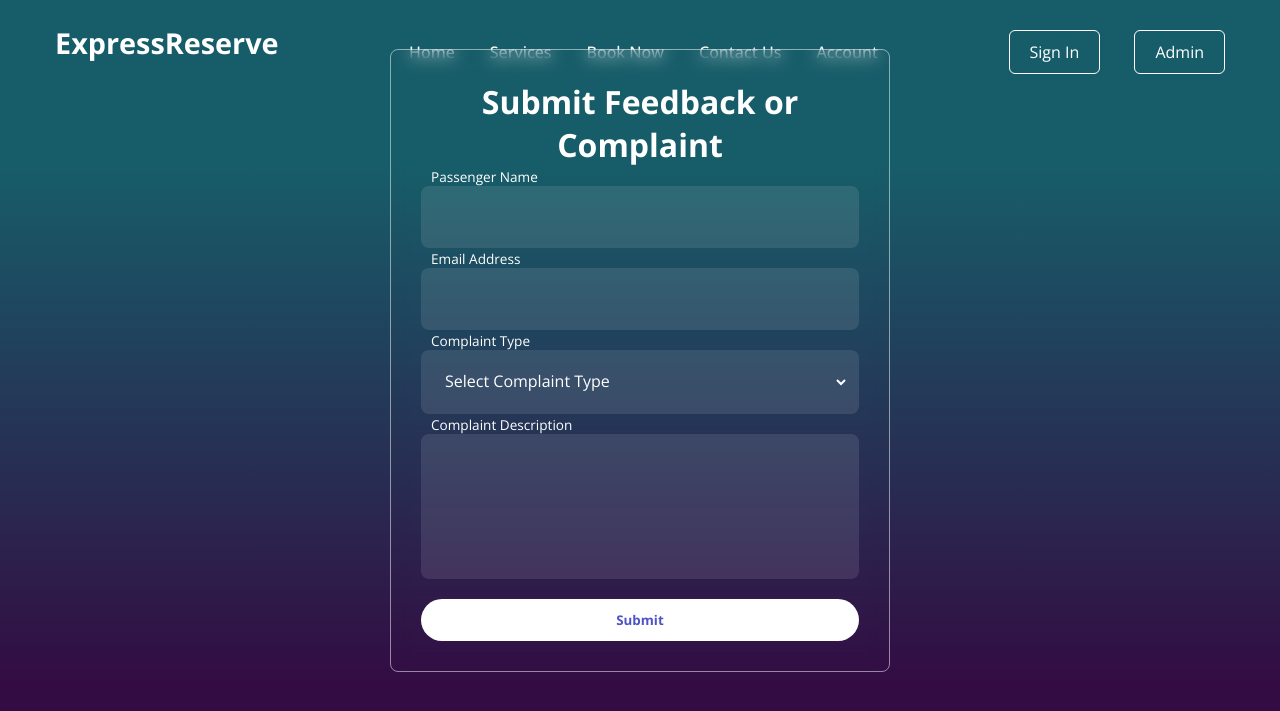
Repository: AmodhyaSharinda/Train-Reservation-system
Page: http://localhost/Train_reserve/ContactUs.jsp
An editor plug-in stored every save of this project. The page is shown before and after the next save, followed by the edit.
The browser window is 1280 px wide. The pictures show the whole page.
The page is served by Tomcat 9. Other server files are loaded and not shown.

Above is the page before, as saved 2024-10-08 08:15:05.

### Train reserve/src/main/webapp/ContactUs.jsp
<!DOCTYPE html>
<html lang="en">
<head>
    <meta charset="UTF-8">
    <meta name="viewport" content="width=device-width, initial-scale=1.0">
    <title>Feedback - Online Train Reservation System</title>
    <link rel="stylesheet" href="home.css">
    <style>
        /* Existing styles retained */
        @import url("https://fonts.googleapis.com/css2?family=Open+Sans:wght@300;400;500;600;700&display=swap");

        * {
		  margin: 0;
		  padding: 0;
		  box-sizing: border-box;
		  font-family: "Open Sans", sans-serif;
		}

        body {
            display: flex;
            align-items: center;
            justify-content: center;
            min-height: 100vh;
            width: 100%;
            padding: 0 10px;
  			background: linear-gradient(to bottom, #175d69 23%, #330c43 95%);
            position: relative;
        }

        .wrapper {
            width: 500px;
            border-radius: 8px;
            padding: 30px;
            text-align: center;
            border: 1px solid rgba(255, 255, 255, 0.5);
            backdrop-filter: blur(8px);
            -webkit-backdrop-filter: blur(8px);
        }

        h2 {
            font-size: 2rem;
            margin-bottom: 20px;
            color: #fff;
        }

        /* General styles */
.input-field {
    position: relative;
    margin: 20px 0;
    padding: 10px;
    background: rgba(255, 255, 255, 0.1);
    border-radius: 8px;
    transition: background 0.3s ease;
}

.input-field label {
    position: absolute;
    top: 50%;
    left: 10px;
    transform: translateY(-50%);
    color: rgba(255, 255, 255, 0.7);
    font-size: 16px;
    pointer-events: none;
    transition: 0.2s ease;
}

/* Style adjustments for the input, textarea, and select */
.input-field input,
.input-field textarea,
.input-field select {
    width: 100%;
    background: transparent;
    border: none;
    outline: none;
    font-size: 16px;
    padding: 10px;
    color: #fff;
}

/* Textarea specific styles */
.input-field textarea {
    height: 120px;
    resize: none;
}

/* Focus styles */
.input-field input:focus,
.input-field textarea:focus,
.input-field select:focus {
    background: rgba(255, 255, 255, 0.3);
    box-shadow: 0 0 5px rgba(255, 255, 255, 0.5);
}

/* Styles to keep label elevated */
.input-field input:focus ~ label,
.input-field input:valid ~ label,
.input-field textarea:focus ~ label,
.input-field textarea:valid ~ label,
.input-field select:focus ~ label,
.input-field select:valid ~ label,
.input-field input:not(:placeholder-shown) ~ label,
.input-field textarea:not(:placeholder-shown) ~ label,
.input-field select:not(:placeholder-shown) ~ label {
    top: -10px;
    font-size: 0.85rem;
    color: #fff;
}

.input-field select option {
    background: rgba(0, 0, 0, 0.9); /* Darker background for options */
    color: #fff; /* Text color for options */
}

/* Button styles */
button {
    width: 100%;
    padding: 12px;
    background-color: #fff;
    color: #4e54c8;
    font-weight: bold;
    border: none;
    border-radius: 30px;
    cursor: pointer;
    transition: background 0.3s ease;
}

button:hover {
    background-color: #8f94fb;
    color: #fff;
    box-shadow: 0 4px 20px rgba(143, 148, 251, 0.5);
}



    </style>
</head>
<body>
    <!-- Header section with navigation -->
    <header class="header">
        <nav class="navbar">
            <h2 class="logo"><a href="#">ExpressReserve</a></h2>
            <input type="checkbox" id="menu-toggle" />
            <label for="menu-toggle" id="hamburger-btn">
                <svg xmlns="http://www.w3.org/2000/svg" height="24" viewBox="0 0 24 24" width="24">
                    <path d="M3 12h18M3 6h18M3 18h18" stroke="currentColor" stroke-width="2" stroke-linecap="round"/>
                </svg>
            </label>
            <ul class="links">
                <li><a href="home.jsp">Home</a></li>
                <li><a href="#">Services</a></li>
                <li><a href="#">Book Now</a></li>
                <li><a href="#">Contact Us</a></li>
          		<li><a href="Account.jsp">Account</a></li>
            </ul>
            <div class="buttons">
	          <a href="login.jsp" class="signup">Sign In</a>
	          <a href="#" class="signup">Admin</a>
            </div>
        </nav>
    </header>

    <!-- Middle section for feedback form -->
    <div class="wrapper">
        <h2>Submit Feedback or Complaint</h2>
        <form action="SubmitFeedback" method="post">
		    <div class="input-field">
		        <input type="text" name="PassengerName" required autocomplete="off">
		        <label>Passenger Name</label>
		    </div>
		    <div class="input-field">
		        <input type="email" name="PassengerEmail" required autocomplete="off">
		        <label>Email Address</label>
		    </div>
		    <div class="input-field">
		        <select id="complaintType" name="complaintType" required>
		            <option value="">Select Complaint Type</option>
		            <option value="Train Services">Train Services</option>
		            <option value="Station Facilities">Station Facilities</option>
		            <option value="Staff Behavior">Staff Behavior</option>
		        </select>
		        <label>Complaint Type</label>
		    </div>
		    <div class="input-field">
		        <textarea id="complaintDescription" name="Feedback" required></textarea>
		        <label>Complaint Description</label>
		    </div>
		    <button type="submit">Submit</button>
		</form>

    </div>

</body>
</html>

### Train reserve/src/main/webapp/home.css
/* Importing Google font - Open Sans */
@import url("https://fonts.googleapis.com/css2?family=Open+Sans:wght@300;400;500;600;700&display=swap");

* {
  margin: 0;
  padding: 0;
  box-sizing: border-box;
  font-family: "Open Sans", sans-serif;
}

body {
  height: 100vh;
  width: 100%;
  background: linear-gradient(to bottom, #175d69 23%, #330c43 95%);
}

.header {
  position: fixed;
  top: 0;
  left: 0;
  width: 100%;
}

.navbar {
  display: flex;
  align-items: center;
  justify-content: space-between;
  max-width: 1200px;
  margin: 0 auto;
  padding: 20px 15px;
}

.navbar .logo a {
  font-size: 1.8rem;
  text-decoration: none;
  color: #fff;
}

.navbar .links {
  display: flex;
  align-items: center;
  list-style: none;
  gap: 35px;
}

.navbar .links a {
  font-weight: 500;
  text-decoration: none;
  color: #fff;
  padding: 10px 0;
  transition: 0.2s ease;
}

.navbar .links a:hover {
  color: #47b2e4;
}

.navbar .buttons a {
  text-decoration: none;
  color: #fff;
  font-size: 1rem;
  padding: 15px 0;
  transition: 0.2s ease;
}

.navbar .buttons a:not(:last-child) {
  margin-right: 30px;
}

.navbar .buttons .signin:hover {
  color: #47b2e4;
}

.navbar .buttons .signup {
  border: 1px solid #fff;
  padding: 10px 20px;
  border-radius: 0.375rem;
  text-align: center;
  transition: 0.2s ease;
}

.navbar .buttons .signup:hover {
  background-color: #47b2e4;
  color: #fff;
}

.hero-section {
  display: flex;
  justify-content: space-evenly;
  align-items: center;
  height: 95vh;
  padding: 0 15px;
  max-width: 1200px;
  margin: 0 auto;
}

.hero-section .hero {
  max-width: 50%;
  color: #fff;
}

.hero h2 {
  font-size: 2.5rem;
  margin-bottom: 20px;
}

.hero p {
  font-size: 1.2rem;
  margin-bottom: 20px;
  color: #c9c7c7;
}

.hero-section .img img {
  width: 517px;
}

.hero-section .buttons {
  margin-top: 40px;
}

.hero-section .buttons a {
  text-decoration: none;
  color: #fff;
  padding: 12px 24px;
  border-radius: 0.375rem;
  font-weight: 600;
  transition: 0.2s ease;
  display: inline-block;
}

.hero-section .buttons a:not(:last-child) {
  margin-right: 15px;
}

.buttons .join {
  background-color: #47b2e4;
}

.hero-section .buttons .learn {
  border: 1px solid #fff;
  border-radius: 0.375rem;
}

.hero-section .buttons a:hover {
  background-color: #47b2e4;
}

/* Hamburger menu styles */
#menu-toggle {
  display: none;
}

#hamburger-btn {
  font-size: 1.8rem;
  color: #fff;
  cursor: pointer;
  display: none;
  order: 1;
}

@media screen and (max-width: 1023px) {
  .navbar .logo a {
    font-size: 1.5rem;
  }

  .links {
    position: fixed;
    left: -100%;
    top: 75px;
    width: 100%;
    height: 100vh;
    padding-top: 50px;
    background: #175d69;
    flex-direction: column;
    transition: 0.3s ease;
  }

  .navbar #menu-toggle:checked ~ .links {
    left: 0;
  }

  .navbar #hamburger-btn {
    display: block;
  }

  .header .buttons {
    display: none;
  }

  .hero-section .hero {
    max-width: 100%;
    text-align: center;
  }

  .hero-section img {
    display: none;
  }


}

After the next save:
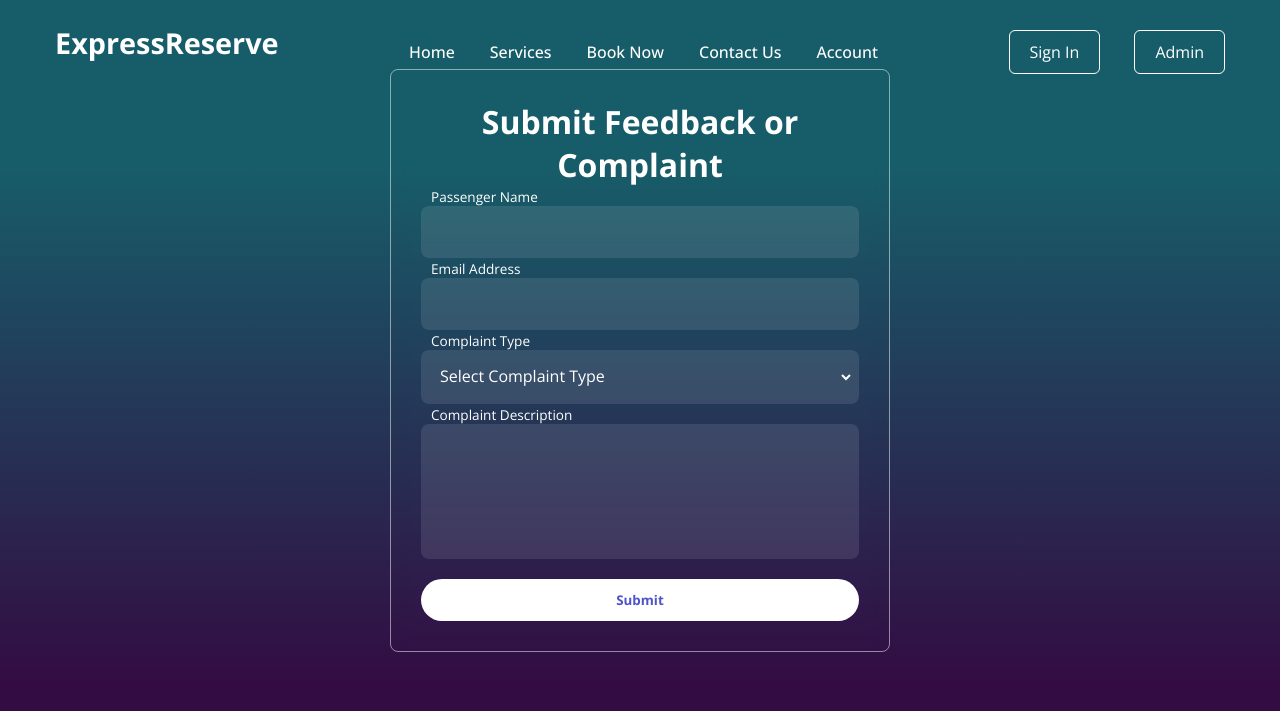
Saved 100 s later.
--- a/Train reserve/src/main/webapp/ContactUs.jsp
+++ b/Train reserve/src/main/webapp/ContactUs.jsp
@@ -47,7 +47,7 @@
 .input-field {
     position: relative;
     margin: 20px 0;
-    padding: 10px;
+    padding: 5px;
     background: rgba(255, 255, 255, 0.1);
     border-radius: 8px;
     transition: background 0.3s ease;
